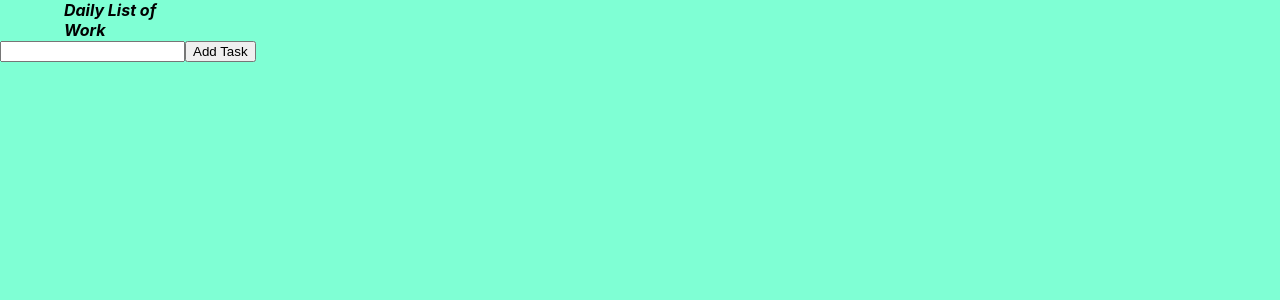
Repository: iamjayenmthakuri/todolist
Page: /
These files come from the project's save history. The page is drawn as it stood at one moment and after the next save; the edit follows.
The browser window is 1280 px wide. The pictures show the whole page.
The project was rebuilt for these pictures with package versions that can differ from the ones it lists, and the page was loaded fresh each time.

Above is the page before, as saved 2022-09-19 10:20:16.

After the next save:
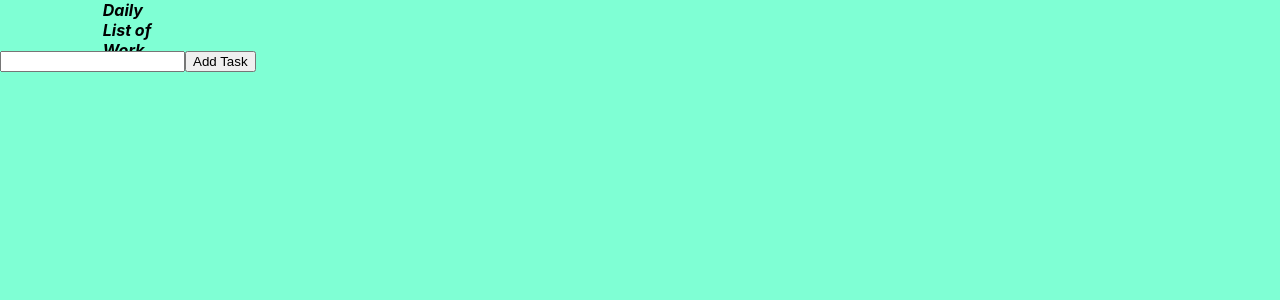
Saved 26 s later.
--- a/src/App.css
+++ b/src/App.css
@@ -5,8 +5,8 @@ body{
   position: absolute;
 }
 .title{
-  height: 50%;
-  width: 50%;
+  height:50px;
+  width: 50px;
   font-size: medium;
   font-weight: bold;
   font-style: italic;
